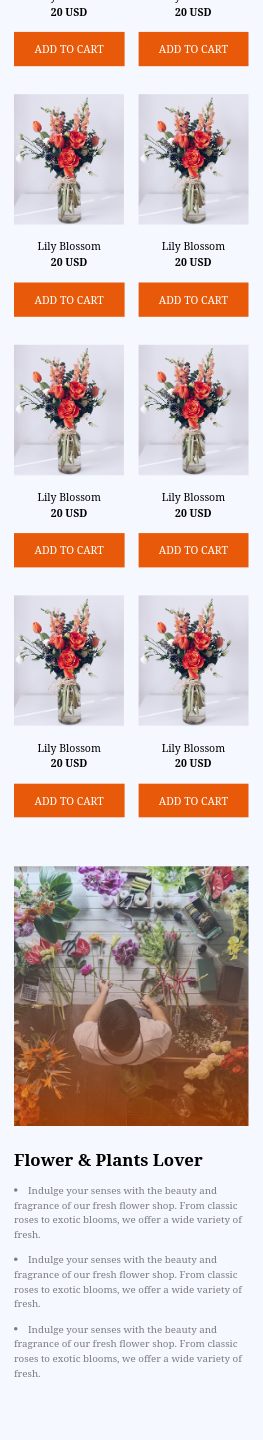
Repository: nahid-hasann/website-7
Page: index.html
These files come from the project's save history. The page is drawn as it stood at one moment and after a run of saves; the edit follows.
The browser window is 375 px wide. The pictures show the part of the page from y = 1101 to 3341 px (the page is 3158 px tall before and 3341 px after), at 70% of full size.
Some web libraries are served in a nearby version.

Above is the page before, as saved 2025-07-24 13:19:36.

### index.html
<!DOCTYPE html>
<html lang="en">
<head>
    <meta charset="UTF-8">
    <meta name="viewport" content="width=device-width, initial-scale=1.0">
     <script src="https://cdn.jsdelivr.net/npm/@tailwindcss/browser@4"></script>
    <title> website-7 </title>
    <link rel="stylesheet" href="style.css">
    <link rel="stylesheet" href="https://cdnjs.cloudflare.com/ajax/libs/font-awesome/7.0.0/css/all.min.css" integrity="sha512-DxV+EoADOkOygM4IR9yXP8Sb2qwgidEmeqAEmDKIOfPRQZOWbXCzLC6vjbZyy0vPisbH2SyW27+ddLVCN+OMzQ==" crossorigin="anonymous" referrerpolicy="no-referrer" />
   <link rel="preconnect" href="https://fonts.googleapis.com">
<link rel="preconnect" href="https://fonts.gstatic.com" crossorigin>
<link href="https://fonts.googleapis.com/css2?family=Noto+Serif:ital,wght@0,100..900;1,100..900&display=swap" rel="stylesheet">
</head>
<body class="noto-serif-nahid">


    <header>
        <nav>
            <div class="nav-logo">
                <img src="assets/logo.png" alt="">
            </div>
            <div class="nav-menu">
                <ul>
                    <li class="ul-li" style="color: black; font-weight: bold;">Home</li>
                    <li class="ul-li" >Shop</li>
                    <li class="ul-li" >About us</li>
                    <li class="last-li" style="color: black;"><i class="fa-solid fa-cart-shopping"></i>Cart ($56)</li>
                </ul>
            </div>
        </nav>
    </header>

    <main>

        <section class="banner">
            <div class="banner-section">
                <div class="banner-description">
                    <h1>ALWAYS <span style="color: #e85a0a;">FRESH <br> FLOWERS</span></h1>
                    <p>Indulge your senses with the beauty and fragrance of our fresh flower shop. From classic roses to exotic blooms, we offer a wide variety of fresh flowers that are perfect for any occasion.  </p>
                </div>
                <div class="banner-img">
                    <img src="assets/hero-flower.png" alt="">
                </div>
            </div>
        </section>

        <section class="plants-section">
             <h1> <span style="color: #e85a0a;">Our</span> Plants</h1>
             <p>Indulge your senses with the beauty and fragrance of our fresh flower shop. From classic roses to exotic blooms, we offer a wide variety of fresh.</p>
             <div class="plants-card">
                <div class="card">
                    <img src="assets/sample-flower-image.png" alt="">
                    <h4>Lily Blossom</h4>
                    <h2>20 USD</h2>
                    <button class="btn">ADD TO CART</button>
                </div>
                 <div class="card">
                    <img src="assets/sample-flower-image.png" alt="">
                    <h4>Lily Blossom</h4>
                    <h2>20 USD</h2>
                    <button class="btn">ADD TO CART</button>
                </div>
                 <div class="card">
                    <img src="assets/sample-flower-image.png" alt="">
                    <h4>Lily Blossom</h4>
                    <h2>20 USD</h2>
                    <button class="btn">ADD TO CART</button>
                </div>
                 <div class="card">
                    <img src="assets/sample-flower-image.png" alt="">
                    <h4>Lily Blossom</h4>
                    <h2>20 USD</h2>
                    <button class="btn">ADD TO CART</button>
                </div>
                 <div class="card">
                    <img src="assets/sample-flower-image.png" alt="">
                    <h4>Lily Blossom</h4>
                    <h2>20 USD</h2>
                    <button class="btn">ADD TO CART</button>
                </div>
                 <div class="card">
                    <img src="assets/sample-flower-image.png" alt="">
                    <h4>Lily Blossom</h4>
                    <h2>20 USD</h2>
                    <button class="btn">ADD TO CART</button>
                </div>
                 <div class="card">
                    <img src="assets/sample-flower-image.png" alt="">
                    <h4>Lily Blossom</h4>
                    <h2>20 USD</h2>
                    <button class="btn">ADD TO CART</button>
                </div>
                 <div class="card">
                    <img src="assets/sample-flower-image.png" alt="">
                    <h4>Lily Blossom</h4>
                    <h2>20 USD</h2>
                    <button class="btn">ADD TO CART</button>
                </div>
             </div>
        </section>

        <section class="plants-lover-section">
            <div class="plants-lover-div">
                <div class="plants-lover-img">
                <img src="assets/flower-store.png" alt="">
                <div class="badge">
                    <img class="badge-img" src="assets/trusted-badge.png" alt="">
                </div>
            </div>
            <div class="plants-lover-content">
                <h1>Flower & Plants Lover</h1>
                <or>
                    <li>Indulge your senses with the beauty and fragrance of our fresh flower shop. From classic roses to exotic blooms, we offer a wide variety of fresh.</li>
                    <li>Indulge your senses with the beauty and fragrance of our fresh flower shop. From classic roses to exotic blooms, we offer a wide variety of fresh.</li>
                    <li>Indulge your senses with the beauty and fragrance of our fresh flower shop. From classic roses to exotic blooms, we offer a wide variety of fresh.</li>
                </or>
            </div>
            </div>
        </section>

    </main>




</body>
</html>

### style.css


*{
    margin: 0;
    padding: 0;
    box-sizing: border-box;
}


.noto-serif-nahid {
  font-family: "Noto Serif", serif;
  font-optical-sizing: auto;
  font-style: normal;
  font-variation-settings:
    "wdth" 100;
}

body{
    background-color: #f5f8ff;
}



/* header suru  */

header{
   margin: 20px auto;
   max-width: 1140px;
}

nav{
    display: flex;
    justify-content: space-between;
    align-items: center;
}

.nav-logo img{
    width: 100%;
}

.nav-menu ul{
     display: flex;
     gap: 30px;
     align-items: center;
     justify-content: center;
     margin: auto 0;
}

.nav-menu ul li{
    color: rgba(137, 135, 161, 1);
    font-weight: 400;
}


/* header sesh  */

/* banner-section  */

.banner{
    margin: 230px auto 130px auto;
    max-width: 1140px;

}

.banner-section{
     display: flex;
     align-items: end;
     justify-content: center;
}

.banner-description h1{
    font-size: 65px;
    font-weight: 800;

}

.banner-description p{
    font-size: 22px;
    color: #7b7c80;
}

.banner-img img{
    max-width: 570px;
}

/* banner-section  */

/* plants-section suru */

.plants-section{
    width: 1140px;
    margin: 130px auto;
}

.plants-section h1{
    text-align: center;
    font-size: 50px;
    margin-bottom: 14px;
    font-weight: 700;
}

.plants-card{
    display: grid;
    grid-template-columns: 1fr 1fr 1fr 1fr;
    gap: 30px;
    row-gap: 60px;
    margin-top: 60px;
}

.plants-section p{
    font-size: 22px;
    color: #7b7c80;
    text-align: center;
}

.card {
    display: flex;
    flex-direction: column;
    align-items: center;
    justify-content: center;
}

.card h4{
    font-size: 22px;
    font-weight: 300;
    margin-top: 18px;
}

.card h2{
    font-size: 22px;
    font-weight: 700;
    margin-bottom: 18px;
}

.btn{
    background-color: #e85a0a;
    width: 100%;
    padding: 13px 0;
    color: white;
}

/* plants-section sesh  */

/* plants-lover-section suru  */

.plants-lover-section{
    width: 1140px;
    margin: 180px auto 130px auto;
}



.plants-lover-div{
     display: grid;
     grid-template-columns: 1fr 1fr;
    align-items: center;
    justify-content: center;
    gap: 60px;
}

.plants-lover-img{
    position: relative;
}

.badge-img{
    position: absolute;
    top: -80px;
    right: -80px;
    width: 200px;
    z-index: 999;
}



.plants-lover-content h1{
     font-size: 50px;
     font-weight: 700;
}

.plants-lover-content or li{
    font-size: 22px;
    color: #7b7c80;
}

/* plants-lover-section sesh  */


/* media screen  */

@media screen and (max-width:575px) {
    header{
        width: 100%;
    }

nav{
    margin:0 30px;

}

.nav-logo img{
    width: 63px;
}
    .ul-li{
        display: none;
    }

    .banner{
        max-width: 575px;
        margin-top: 70px ;
        margin-bottom: 70px;
    }

    .banner-section{
        flex-direction: column-reverse;

    }

    .banner-description{
        margin-left: 30px;
    }

    .banner-description h1{
    font-size: 24px;
}

.banner-description p{
    font-size: 14px;
}

.banner-img img{
    max-width: 400px;
    margin-bottom: 80px;
}

.plants-section{
    width: 100% ;
    padding: 0 20px ;
    margin: 70px 0;

}

.plants-card{
    display: grid;
    grid-template-columns: 1fr 1fr;
    gap: 20px;
    row-gap: 40px;
}

.plants-section h1{
    font-size: 24px;
}
.plants-section p{
    font-size: 14px;
}

.card h4{
    font-size: 15px;
}

.card h2{
    font-size: 15px;
}

.btn{
    font-size: 15px;
}

.plants-lover-section{
    width: 100%;
    margin: 70px 0;
    padding: 0 20px;
}

.plants-lover-div{
    grid-template-columns: 1fr;
}

.badge-img{
    display: none;
}

.plants-lover-content h1{
    font-size: 24px;
    margin-top: -30px;
}

.plants-lover-content or li{
    font-size: 14px;
    margin-bottom: 15px;
}

.plants-lover-content or li:first-child{
    margin-top: 15px;
}

}

After the next 4 saves:
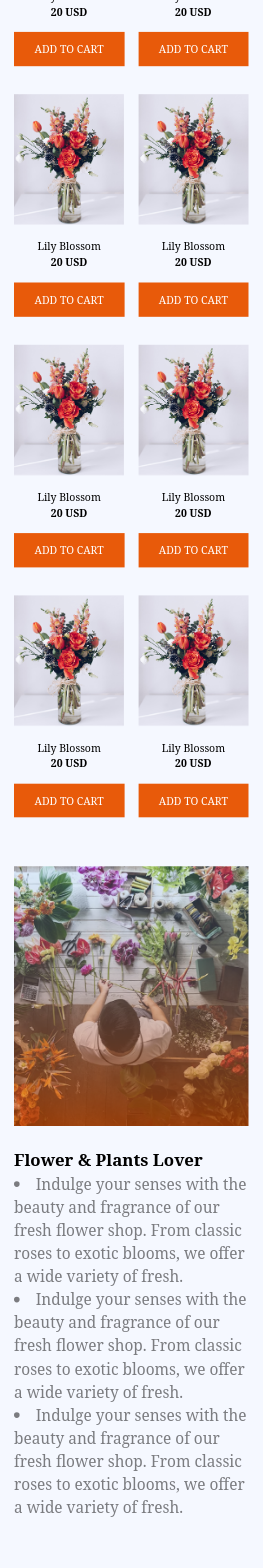
The 4 saves are shown as one change because they came seconds apart.
The last was saved 38 s later.
--- a/style.css
+++ b/style.css
@@ -284,10 +284,7 @@ nav{
     margin-top: -30px;
 }
 
-.plants-lover-content or li{
-    font-size: 14px;
-    margin-bottom: 15px;
-}
+.plants-lover-content
 
 .plants-lover-content or li:first-child{
     margin-top: 15px;
